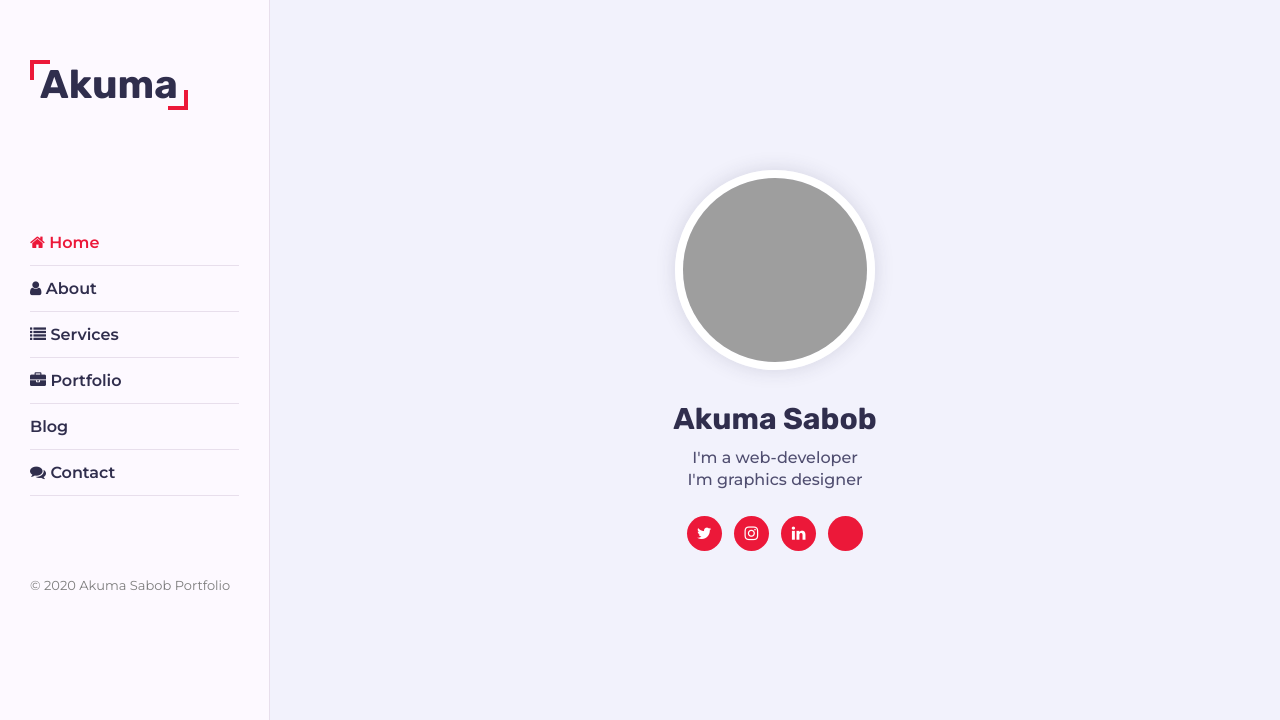
Repository: Akuma001/MY-Portfolio
Page: index.html
These files come from the project's save history. The page is drawn as it stood at one moment and after the next save; the edit follows.
The browser window is 1280 px wide. The pictures show the whole page.
Pictures or frames that could not be fetched are drawn as grey boxes. Some web libraries are served in a nearby version.

Above is the page before, as saved 2020-12-13 14:47:16.

### index.html
<!DOCTYPE html>
<html lang="en">
<head>
  <title>Akuma Sabob</title>
  <meta charset="utf-8">
  <meta name="viewport" content="width=device-width, initial-scale=1">
   <!-- Template css Files -->
	<link rel="stylesheet" href="./css/style.css" type="text/css">
  <link rel="stylesheet" href="./css/skins/pink.css" type="text/css">
  <!-------Favcon icon-------->
  <link href="./images/favicon.ico" rel="icon" type="image/x-icon" />
</head>
<body>
<!-----------Main------------->
<div class="main-container">
<!-----------Side------------->
  <div class="aside">
    <div class="logo">
      <a href="#">Akuma</a>
    </div>

     <!----------Nav toggler---------->
     <div class="nav-toggler">
       <span></span>
     </div>
     <!----------Nav toggler---------->

    <!----------Nav Bar---------->
    <ul class="nav">
      <li><a href="#" class="active"><i class="fa fa-home"></i> Home</a></li>
      <li><a href="#"><i class="fa fa-user"></i> About</a></li>
      <li><a href="#"><i class="fa fa-list"></i> Services</a></li>
      <li><a href="#"><i class="fa fa-briefcase"></i> Portfolio</a></li>
      <li><a href="#"><i class="fas fa-blog"></i> Blog</a></li>
      <li><a href="#"><i class="fa fa-comments"></i> Contact</a></li>
    </ul>
    <div class="copyright-text">
      &copy; 2020 Akuma Sabob Portfolio
    </div>

  </div>
<!-----------Side End------------->

<!-----------Main content------------->
  <div class="main-content">

    <section class="home section">
      <div class="container">
        <div class="intro">
          <img src="./images/KOR_6353 edited.jpg" alt="Profile" class="shadow-dark">
          <h1>Akuma Sabob</h1>
          <p>I'm a web-developer <br> I'm graphics designer</p>
          <div class="social-link">
            <a href="#"><i class="fa fa-twitter"></i></a>
            <a href="#"><i class="fa fa-instagram"></i></a>
            <a href="#"><i class="fa fa-linkedin"></i></a>
            <a href="#"><i class="fa fa-upwork"></i></a>
          </div>
        </div>
      </div>
    </section>
  </div>
<!-----------Main content End------------->

</div>
<!-----------Main------------->
</body>
</html>

### css/style.css

 /*Font Awesome Free Icon*/
 @import url("https://stackpath.bootstrapcdn.com/font-awesome/4.7.0/css/font-awesome.min.css");
 /*Google fonts*/
 @import url('https://fonts.googleapis.com/css?family=Montserrat:400,500,600,700&display=swap');
 @import url('https://fonts.googleapis.com/css?family=Rubik:500,700,900&display=swap');


body{
    margin: 0;
    line-height: 1.5;
    font-size: 16px;
    font-family: 'Montserrat', sans-serif;
    font-weight: 400;
}
*{
    margin: 0;
    padding: 0;
    outline: none;
    text-decoration: none;
    box-sizing: border-box;
}
::before, ::after{
    box-sizing: border-box;
}

.section{
    background-color: #f2f2fc;
    min-height: 100vh;
    display: block;
    padding: 0 30px;
}
.main-content{
    padding-left: 270px;
}

.container{
    max-width: 1100px;
    width: 100%;
    margin: auto;
}
.shadow-dark{
    -webkit-box-shadow: 0 0 20px rgba(48, 46, 77, 0.15);
    box-shadow: 0 0 20px rgba(48, 46, 77, 0.15);
}

 /*    aside  */
 .aside{
     width: 270px;
     background-color: #fdf9ff;
     position: fixed;
     height: 100%;
     left: 0;
     top: 0;
     z-index: 10;
     border-right: 1px solid #e8dfec;
     padding: 30px;
 }


 .aside .logo{
    padding: 30px 0;
 }
 .aside .logo a{
     font-size: 40px;
     color: #302e4d;
     font-family: 'Rubik', sans-serif;
     font-weight: 700;
     text-decoration: none;
     display: inline-block;
     position: relative;
     padding: 0 10px;
     line-height: 50px;
 }
 .aside .logo a::before{
     content: '';
     height: 20px;
     width: 20px;
     position: absolute;
     top: 0;
     left: 0;
 }
 .aside .logo a::after{
    content: '';
    height: 20px;
    width: 20px;
    position: absolute;
    bottom: 0;
    right: 0;
 }
 .aside .nav-toggler{
     height: 40px;
     width: 45px;
     border: 1px solid #d4d4e3;
     cursor: pointer;
     position: fixed;
     left: 300px;
     top: 30px;
     z-index: 11;
     border-radius: 5px;
     background-color: #fdf9ff;
     /*
     display: -ms-flexbox;
     display: flex;
     */
     display: none;
     -ms-flex-align: center;
     align-items: center;
     -ms-flex-pack: center;
     justify-content: center;
 }
 .aside .nav-toggler span{
    height: 2px;
    width: 18px;
    display: inline-block;
    position: relative;
 }
 .aside .nav-toggler span::before{
     content: '';
     height: 2px;
     width: 18px;
     position: absolute;
     top: -6px;
     left: 0;
 }
 .aside .nav-toggler span::after{
    content: '';
    height: 2px;
    width: 18px;
    position: absolute;
    top: 6px;
    left: 0;
}
 .aside .nav{
    list-style: none;
     margin: 80px 0;
     padding: 0;
 }
 .aside .nav li{
     display: block;
 }
 .aside .nav li a{
     font-size: 16px;
     font-weight: 600;
     color: #302e4d;
     text-decoration: none;
     line-height: 45px;
     display: block;
     border-bottom: 1px solid #e8dfec;
     -webkit-transition: all 0.3s ease;
     transition: all 0.3s ease;
     text-transform: capitalize;
 }
 .aside .nav li a:not(.active):hover{
     padding-left: 5px;
 }
 .aside .nav li a fa{
     margin-right: 5px;
 }
 .aside .copyright-text{
    font-size: 13px;
    color: #7d7d7d;
 }

 /*    Home      */

 .home{
     min-height: 100vh;
     display: -ms-flexbox;
     display: flex;
 }

 .home .intro{
     text-align: center;
 }

 .home .intro img{
     height: 200px;
     width: 200px;
     border-radius: 50%;
     display: inline-block;
     border: 8px solid #ffffff;
 }

 .home .intro h1{
     font-size: 30px;
     color: #302e4d;
     font-family: 'Rubik', sans-serif;
     font-weight: 700;
     margin: 20px 0 5px;
 }
 .home .intro p{
     font-size: 16px;
     font-weight: 500;
     margin: 0%;
     line-height: 22px;
     color: #504e70;
 }

 .home .intro .social-link{
     margin-top: 25px;
 }

 .home .intro .social-link a{
     height: 35px;
     width: 35px;
     display: inline-block;
     text-align: center;
     line-height: 35px;
     color: #ffffff;
     margin: 0 4px;
     border-radius: 50%;
     text-decoration: none;
     -webkit-transition: all 0.3s ease;
     transition: all 0.3s ease;
 }

 .home .intro .social-link a:hover{
    -webkit-transform: scale(1.1);
    transform: scale(1.1);
 }

### css/skins/pink.css
.aside .logo a::before{
    border-top: 4px solid #ec1839;
    border-left: 4px solid #ec1839;
}

.aside .logo a::after{
    border-right: 4px solid #ec1839;
    border-bottom: 4px solid #ec1839;
}
.aside .nav li a:hover,
.aside .nav li a.active{
    color: #ec1839;
}
.aside .nav-toggler span,
.aside .nav-toggler span::before,
.aside .nav-toggler span::after,
.home .intro .social-link a{
    background-color: #ec1839;
}

After the next save:
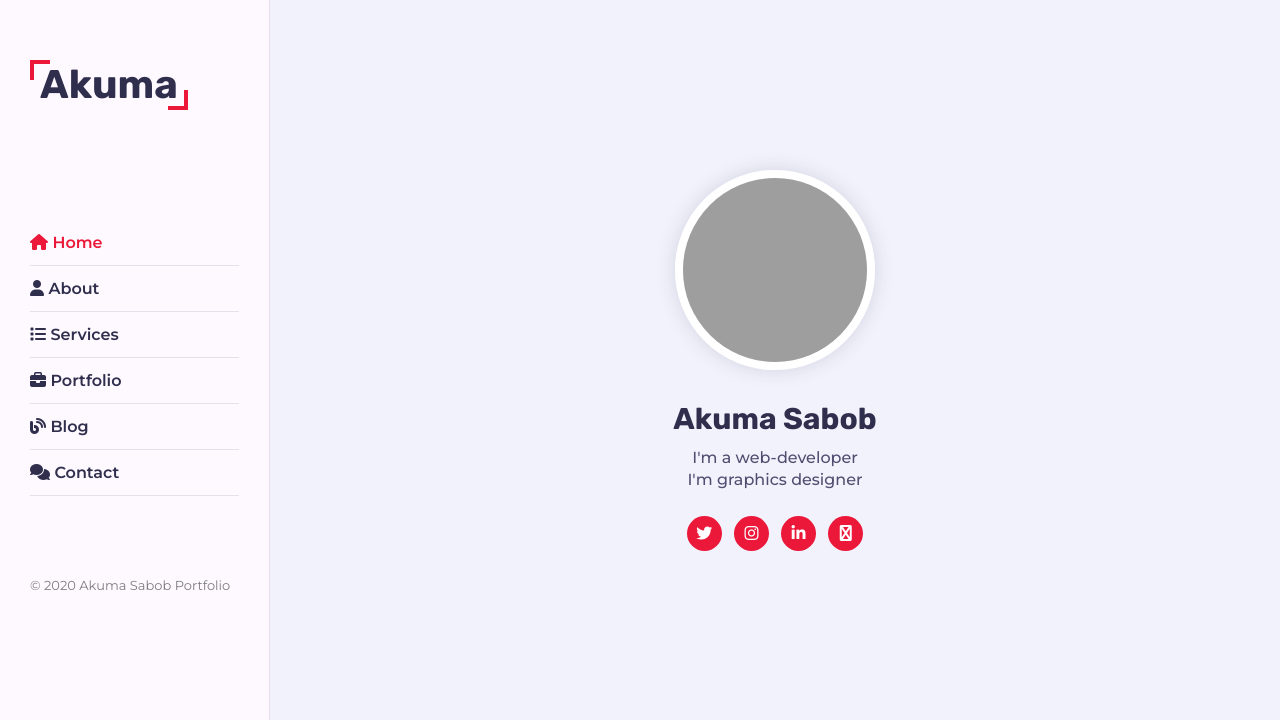
Saved 4 min 34 s later.
--- a/index.html
+++ b/index.html
@@ -9,6 +9,8 @@
   <link rel="stylesheet" href="./css/skins/pink.css" type="text/css">
   <!-------Favcon icon-------->
   <link href="./images/favicon.ico" rel="icon" type="image/x-icon" />
+  <!------------Font-Awesome---------------->
+  <script src="https://kit.fontawesome.com/bd6f97032f.js" crossorigin="anonymous"></script>
 </head>
 <body>
 <!-----------Main------------->
